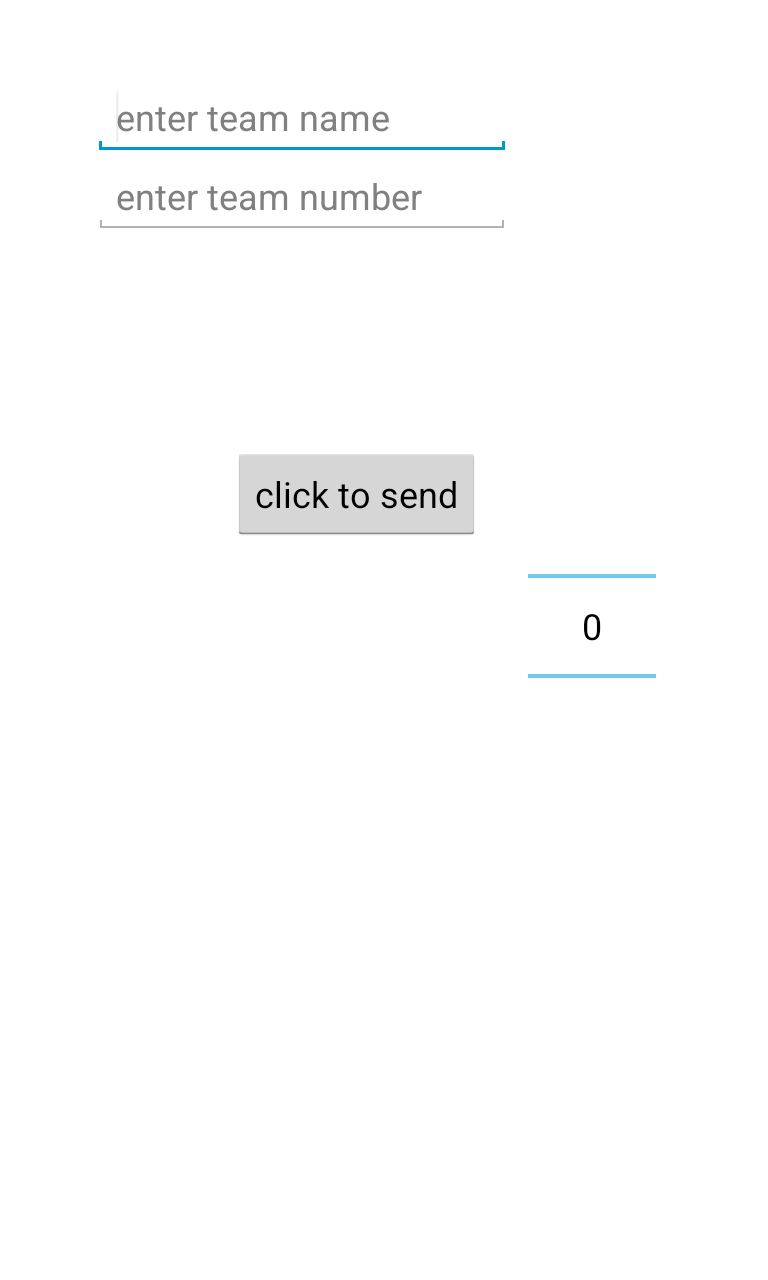
Repository: lmrobotics/linn-mar-robotics
Layout: 2013_14/Android/raflood/workspace/FTCScout/res/layout/activity_main.xml
An editor plug-in stored every save of this project. The layout is shown before and after the next save, followed by the edit.
It is drawn on a 768 x 1280 px phone screen (xhdpi) without system bars, with theme AppTheme; the app's code is not run.

Above is the layout before, as saved 2013-10-18 02:55:05.

### 2013_14/Android/raflood/workspace/FTCScout/res/layout/activity_main.xml
<RelativeLayout xmlns:android="http://schemas.android.com/apk/res/android"
    xmlns:tools="http://schemas.android.com/tools"
    android:layout_width="match_parent"
    android:layout_height="match_parent"
    android:orientation="horizontal"
    android:paddingBottom="@dimen/activity_vertical_margin"
    android:paddingLeft="@dimen/activity_horizontal_margin"
    android:paddingRight="@dimen/activity_horizontal_margin"
    android:paddingTop="@dimen/activity_vertical_margin"
    tools:context=".MainActivity" >

    <NumberPicker
        android:id="@+id/np"
        android:layout_width="wrap_content"
        android:layout_height="wrap_content"
        android:layout_alignParentRight="true"
        android:layout_alignTop="@+id/button1"
        android:layout_marginRight="40dp"
        android:width="100dip" />

    <Button
        android:id="@+id/button1"
        android:layout_width="wrap_content"
        android:layout_height="wrap_content"
        android:layout_alignParentTop="true"
        android:layout_marginRight="23dp"
        android:layout_marginTop="207dp"
        android:layout_toLeftOf="@+id/np"
        android:onClick="sendMessage"
        android:text="@string/button_send" />

    <EditText
        android:id="@+id/edit_message"
        android:layout_width="wrap_content"
        android:layout_height="wrap_content"
        android:layout_alignParentLeft="true"
        android:layout_alignParentTop="true"
        android:layout_marginLeft="30dp"
        android:layout_marginTop="23dp"
        android:ems="10"
        android:hint="@string/team_name_prompt" >

        <requestFocus />
    </EditText>

    <EditText
        android:id="@+id/editText1"
        android:layout_width="wrap_content"
        android:layout_height="wrap_content"
        android:layout_alignParentLeft="true"
        android:layout_below="@+id/edit_message"
        android:layout_marginLeft="30dp"
        android:ems="10"
        android:hint="@string/team_number_prompt"
        android:inputType="numberDecimal" />

</RelativeLayout>

### 2013_14/Android/raflood/workspace/FTCScout/res/values/strings.xml
<?xml version="1.0" encoding="utf-8"?>
<resources>

    <string name="app_name">FTC Scout</string>
    <string name="action_settings">Settings</string>
    <string name="team_name_prompt">enter team name</string>
    <string name="team_number_prompt">enter team number</string>
    <string name="button_send">click to send</string>
    <string name="title_activity_display_message">My Message</string>
    <string name="hello_world">Hello world!</string>

</resources>

Loaded but not shown: 2013_14/Android/raflood/workspace/FTCScout/res/values/styles.xml (common file); 2013_14/Android/raflood/workspace/FTCScout/res/values-v11/styles.xml (common file); 2013_14/Android/raflood/workspace/FTCScout/res/values-v14/styles.xml (common file); 2013_14/Android/raflood/workspace/FTCScout/res/values/dimens.xml (common file)

After the next save:
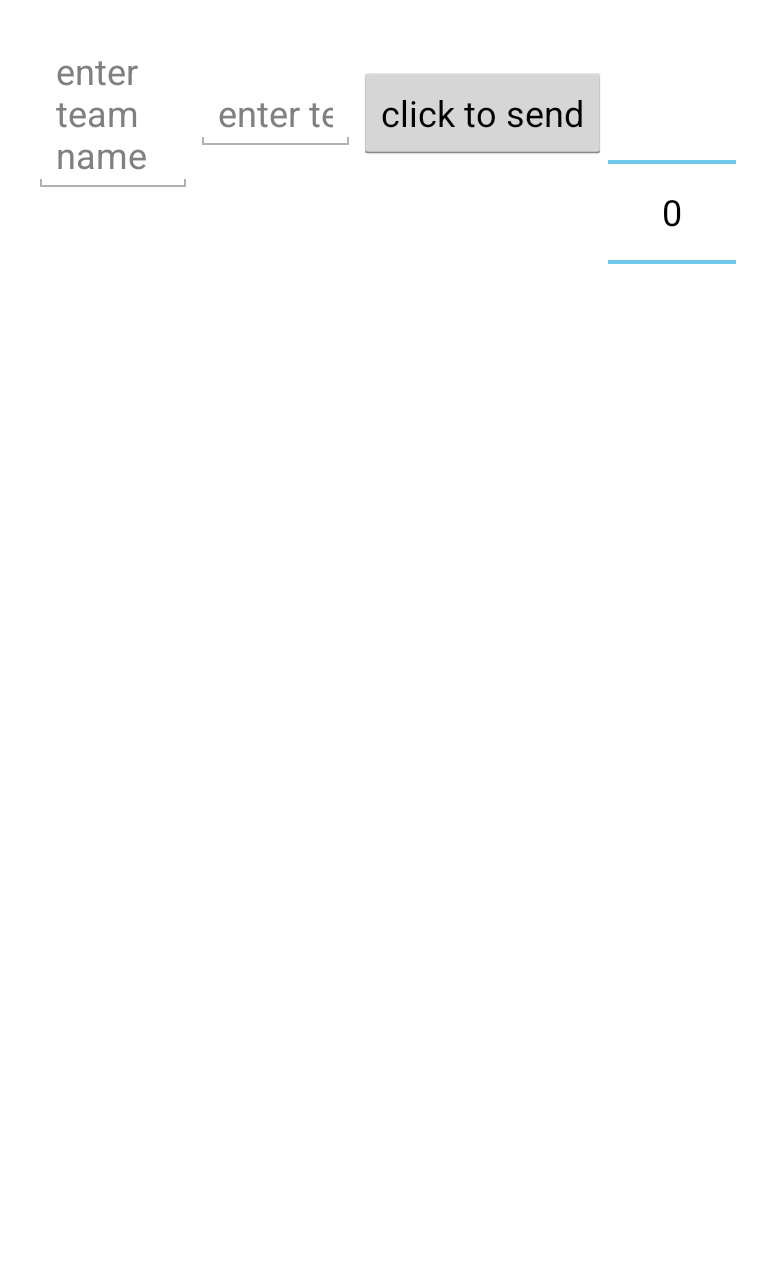
Saved 3 min 54 s later.
--- a/2013_14/Android/raflood/workspace/FTCScout/res/layout/activity_main.xml
+++ b/2013_14/Android/raflood/workspace/FTCScout/res/layout/activity_main.xml
@@ -1,4 +1,4 @@
-<RelativeLayout xmlns:android="http://schemas.android.com/apk/res/android"
+<LinearLayout xmlns:android="http://schemas.android.com/apk/res/android"
     xmlns:tools="http://schemas.android.com/tools"
     android:layout_width="match_parent"
     android:layout_height="match_parent"
@@ -9,49 +9,30 @@
     android:paddingTop="@dimen/activity_vertical_margin"
     tools:context=".MainActivity" >
 
+    <EditText android:id="@+id/edit_message"
+        android:layout_weight="1"
+        android:layout_width="0dp"
+        android:layout_height="wrap_content"
+        android:hint="@string/team_name_prompt" />
+
+    <EditText
+        android:id="@+id/editText1"
+        android:layout_weight="1"
+        android:layout_width="0dp"
+        android:layout_height="wrap_content"
+        android:ems="10"
+        android:hint="@string/team_number_prompt"
+        android:inputType="numberDecimal" />
+
+    <Button android:layout_width="wrap_content"
+        android:layout_height="wrap_content"
+        android:text="@string/button_send"
+        android:onClick="sendMessage" />
+
     <NumberPicker
         android:id="@+id/np"
         android:layout_width="wrap_content"
         android:layout_height="wrap_content"
-        android:layout_alignParentRight="true"
-        android:layout_alignTop="@+id/button1"
-        android:layout_marginRight="40dp"
         android:width="100dip" />
 
-    <Button
-        android:id="@+id/button1"
-        android:layout_width="wrap_content"
-        android:layout_height="wrap_content"
-        android:layout_alignParentTop="true"
-        android:layout_marginRight="23dp"
-        android:layout_marginTop="207dp"
-        android:layout_toLeftOf="@+id/np"
-        android:onClick="sendMessage"
-        android:text="@string/button_send" />
-
-    <EditText
-        android:id="@+id/edit_message"
-        android:layout_width="wrap_content"
-        android:layout_height="wrap_content"
-        android:layout_alignParentLeft="true"
-        android:layout_alignParentTop="true"
-        android:layout_marginLeft="30dp"
-        android:layout_marginTop="23dp"
-        android:ems="10"
-        android:hint="@string/team_name_prompt" >
-
-        <requestFocus />
-    </EditText>
-
-    <EditText
-        android:id="@+id/editText1"
-        android:layout_width="wrap_content"
-        android:layout_height="wrap_content"
-        android:layout_alignParentLeft="true"
-        android:layout_below="@+id/edit_message"
-        android:layout_marginLeft="30dp"
-        android:ems="10"
-        android:hint="@string/team_number_prompt"
-        android:inputType="numberDecimal" />
-
-</RelativeLayout>
+</LinearLayout>
